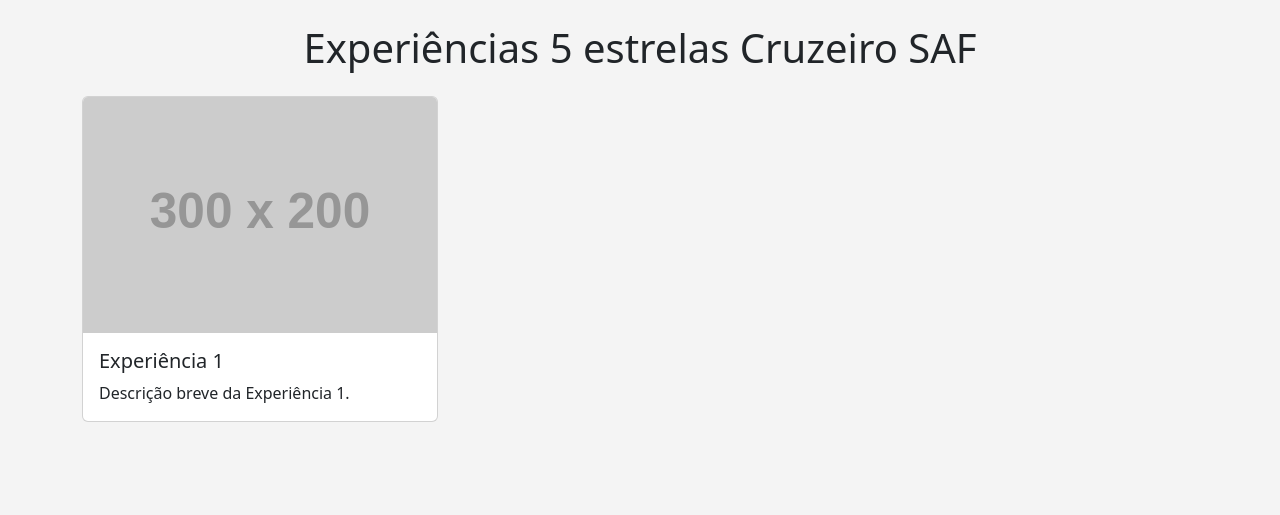
Repository: gh0st-byte/Pagina-de-experiencias-Cruzeiro-SAF
Page: index.html
These files come from the project's save history. The page is drawn as it stood at one moment and after a run of saves; the edit follows.
The browser window is 1280 px wide. The pictures show the whole page.

Above is the page before, as saved 2025-10-27 13:19:13.

### index.html
<!DOCTYPE html>
<html lang="en">
<head>
    <meta charset="UTF-8">
    <meta name="viewport" content="width=device-width, initial-scale=1.0">
    <link href="https://cdn.jsdelivr.net/npm/bootstrap@5.3.8/dist/css/bootstrap.min.css" rel="stylesheet" integrity="sha384-sRIl4kxILFvY47J16cr9ZwB07vP4J8+LH7qKQnuqkuIAvNWLzeN8tE5YBujZqJLB" crossorigin="anonymous">
    <title>Experiências 5 estrelas Cruzeiro SAF</title>
    <style>
        * {
            box-sizing: border-box;
            padding: 0;
            margin: 0;
            border: none;
        }
        body {
            font-family:system-ui, -apple-system, BlinkMacSystemFont, 'Segoe UI', Roboto, Oxygen, Ubuntu, Cantarell, 'Open Sans', 'Helvetica Neue', sans-serif;
            margin: 0;
            padding: 0;
            background-color: #f4f4f4;
        }
    </style>
</head>
<body>

    <main class="all">
        <section class="content">
            <div>
                <h1 class="text-center my-4">Experiências 5 estrelas Cruzeiro SAF</h1>
                <div class="container">
                    <div class="row row-cols-1 row-cols-md-3 g-4">
                        <div class="col">
                            <div class="card h-100">
                                <img src="https://via.placeholder.com/300x200" class="card-img-top" alt="Experiência 1">
                                <div class="card-body">
                                    <h5 class="card-title">Experiência 1</h5>
                                    <p class="card-text">Descrição breve da Experiência 1.</p>


            </div>
        </section>
    </main>

    <script src="https://cdn.jsdelivr.net/npm/bootstrap@5.3.8/dist/js/bootstrap.bundle.min.js" integrity="sha384-FKyoEForCGlyvwx9Hj09JcYn3nv7wiPVlz7YYwJrWVcXK/BmnVDxM+D2scQbITxI" crossorigin="anonymous"></script>
</body>
</html>

After the next 6 saves:
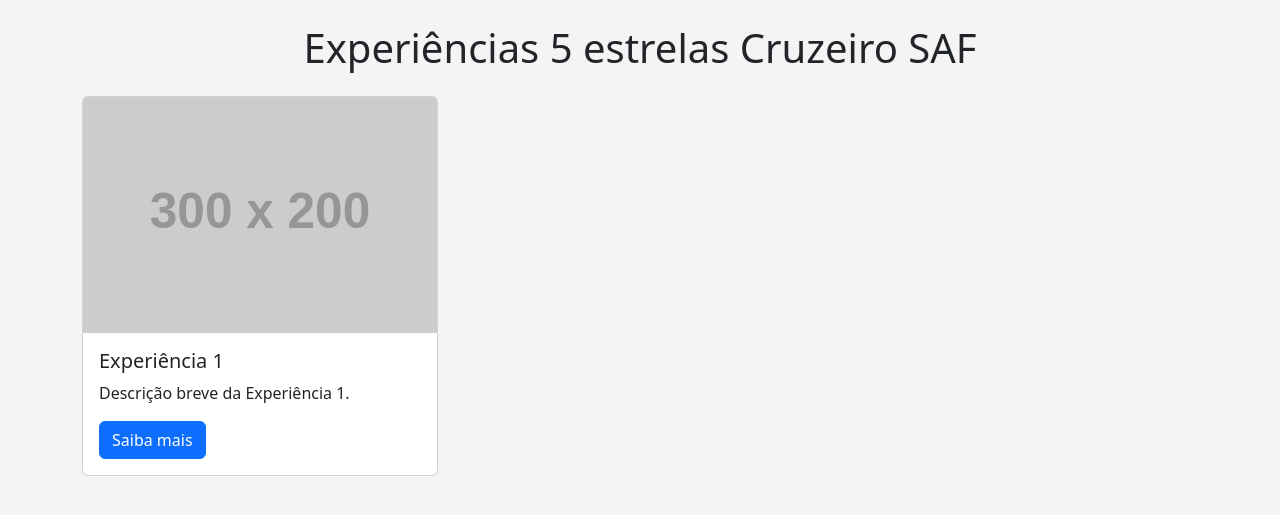
The 6 saves are shown as one change because they came seconds apart.
The last was saved 11 s later.
--- a/index.html
+++ b/index.html
@@ -34,8 +34,12 @@
                                 <div class="card-body">
                                     <h5 class="card-title">Experiência 1</h5>
                                     <p class="card-text">Descrição breve da Experiência 1.</p>
-
-
+                                    <a href="#" class="btn btn-primary">Saiba mais</a>
+                                </div>
+                            </div>
+                        </div>
+                    </div>
+                </div>
             </div>
         </section>
     </main>
